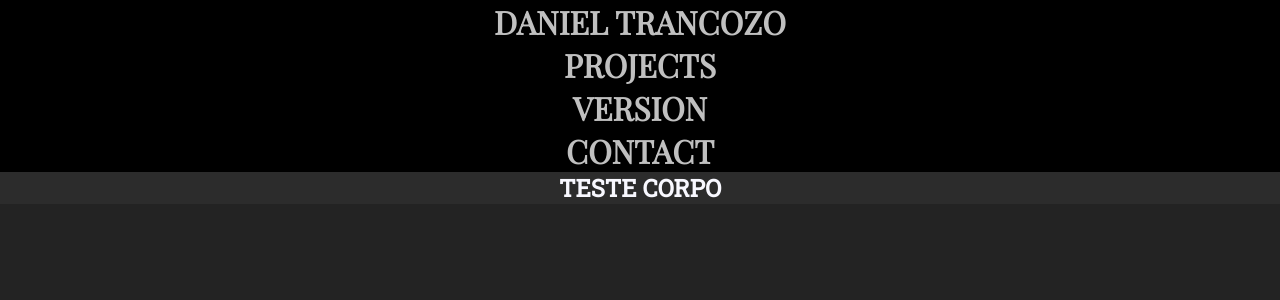
Repository: danieltrancozo/danieltrancozo.github.io
Page: index.html
These files come from the project's save history. The page is drawn as it stood at one moment and after the next save; the edit follows.
The browser window is 1280 px wide. The pictures show the whole page.

Above is the page before, as saved 2021-05-04 22:42:13.

After the next save:
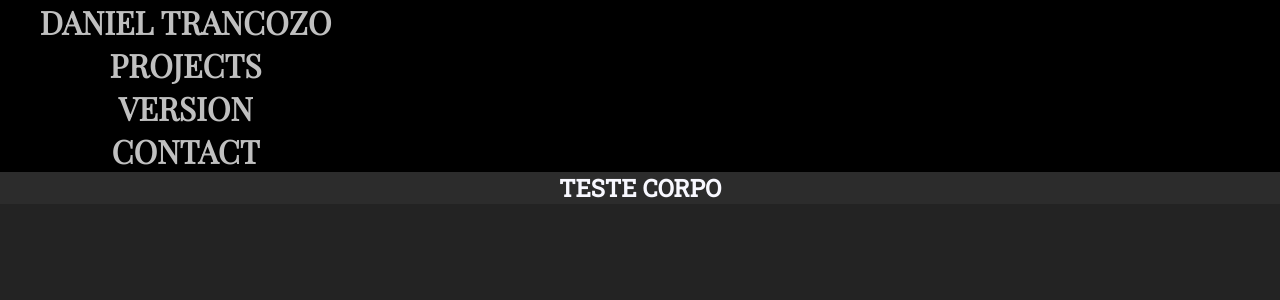
Saved 3 s later.
--- a/css/estilo3.css
+++ b/css/estilo3.css
@@ -36,6 +36,6 @@
     text-align: center;
     border-color: transparent;
 }
-td{
+.td{
     width: 29%;
 }

After the save that followed:
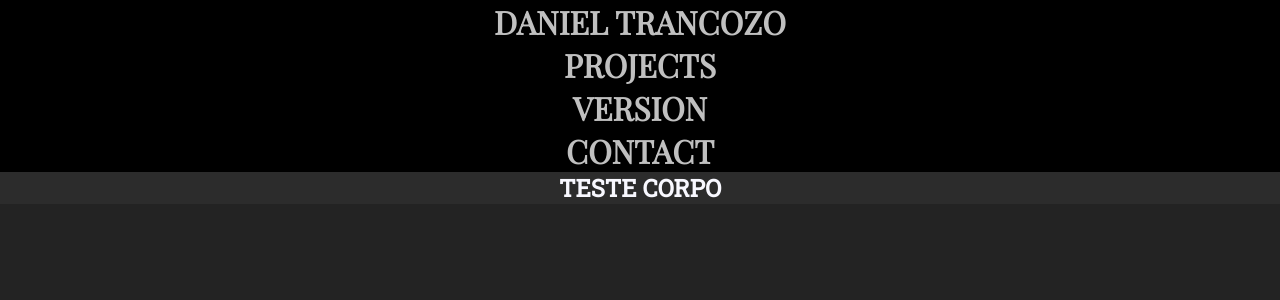
Saved 11 min 56 s later.
--- a/css/estilo3.css
+++ b/css/estilo3.css
@@ -36,6 +36,6 @@
     text-align: center;
     border-color: transparent;
 }
-.td{
+td{
     width: 29%;
 }
